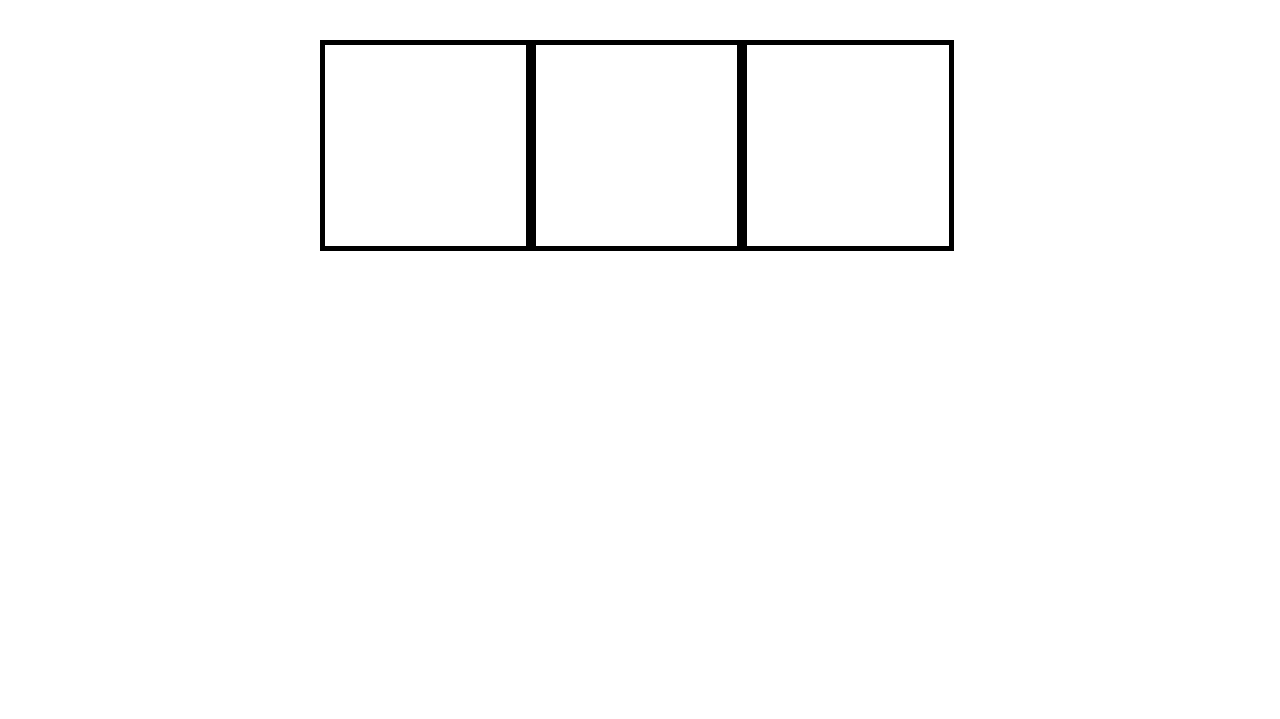
Repository: baumanmilosz/tictactoe
Page: index.html
The author's editor kept a copy of each file at every save. The page is drawn from the files as they stood at one save, then again after the next save.
The browser window is 1280 px wide. The pictures show the whole page.

Above is the page before, as saved 2019-02-21 16:36:09.

After the next save:
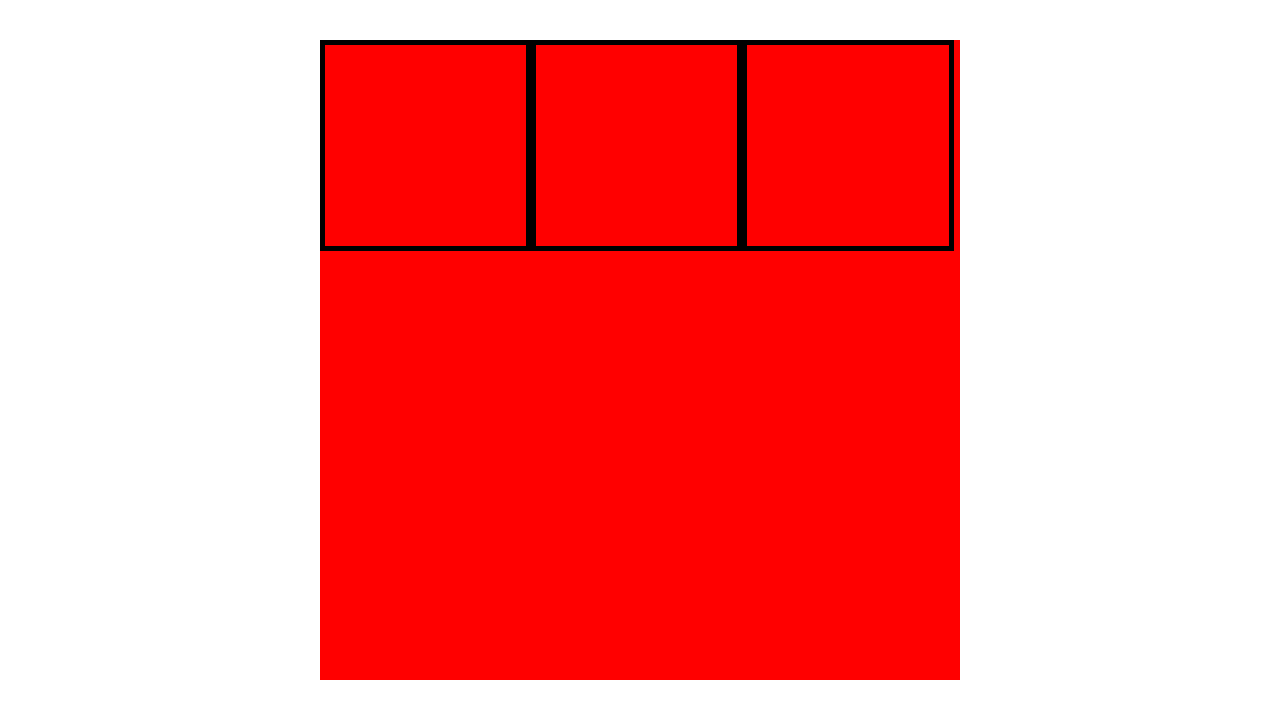
Saved 8 s later.
--- a/style.css
+++ b/style.css
@@ -24,7 +24,7 @@
   transform: translate(-50%, -50%);
   width: 50vw;
   height: 50vw;
-  background-color: #fff;
+  background-color: red;
 }
 
 .row {
